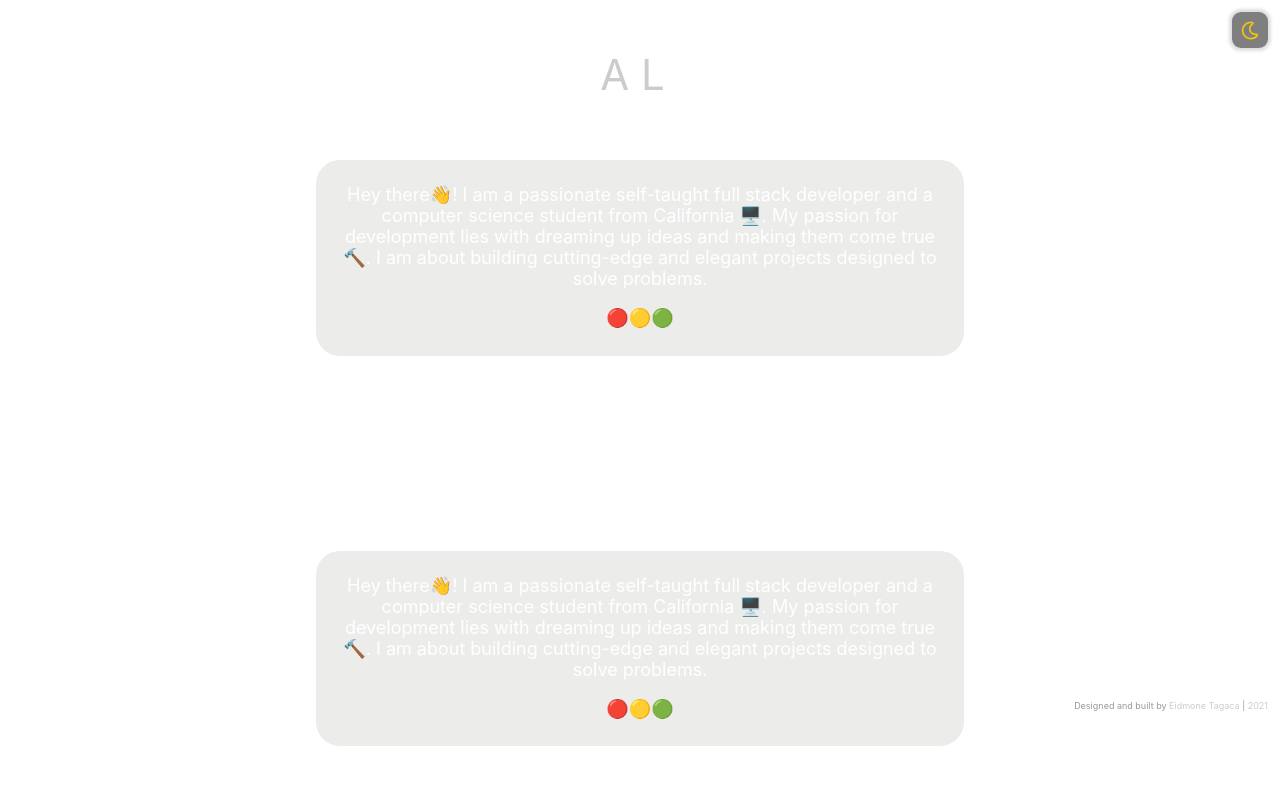
Repository: Tagaca19e/ET
Page: /
An editor plug-in stored every save of this project. The page is shown before and after the next save, followed by the edit.
The browser window is 1280 px wide. The pictures show the whole page.
The project was rebuilt for these pictures with package versions that can differ from the ones it lists, and the page was loaded fresh each time. Also part of the build but not shown: src/icons/Sun.jsx, src/icons/Resume.jsx.

Above is the page before, as saved 2021-07-23 23:02:05.

After the next save:
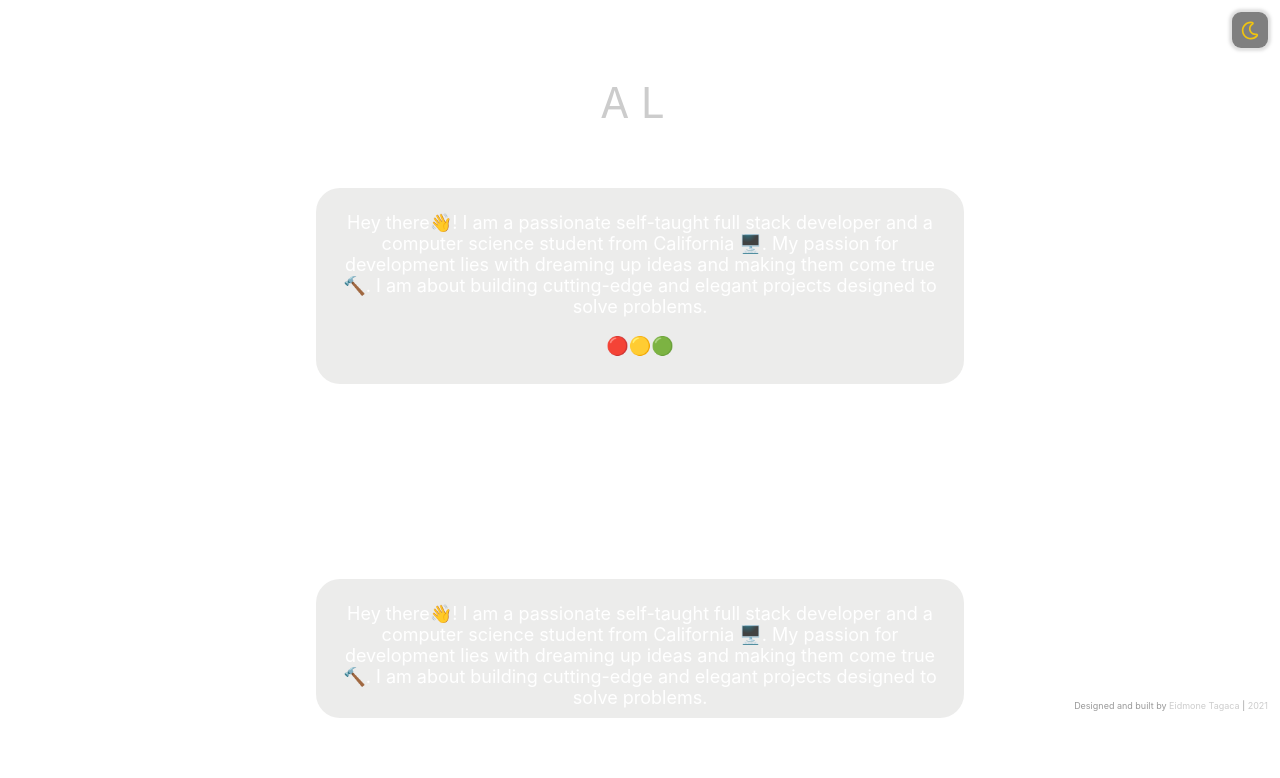
Saved 53 s later.
--- a/src/components/Exprience.jsx
+++ b/src/components/Exprience.jsx
@@ -89,7 +89,6 @@ export const Exprience = () => {
           I am about building cutting-edge and elegant projects designed to
           solve problems.
         </p1>
-        <p> 🔴🟡🟢</p>
       </C.Skills>
     </div>
   );
